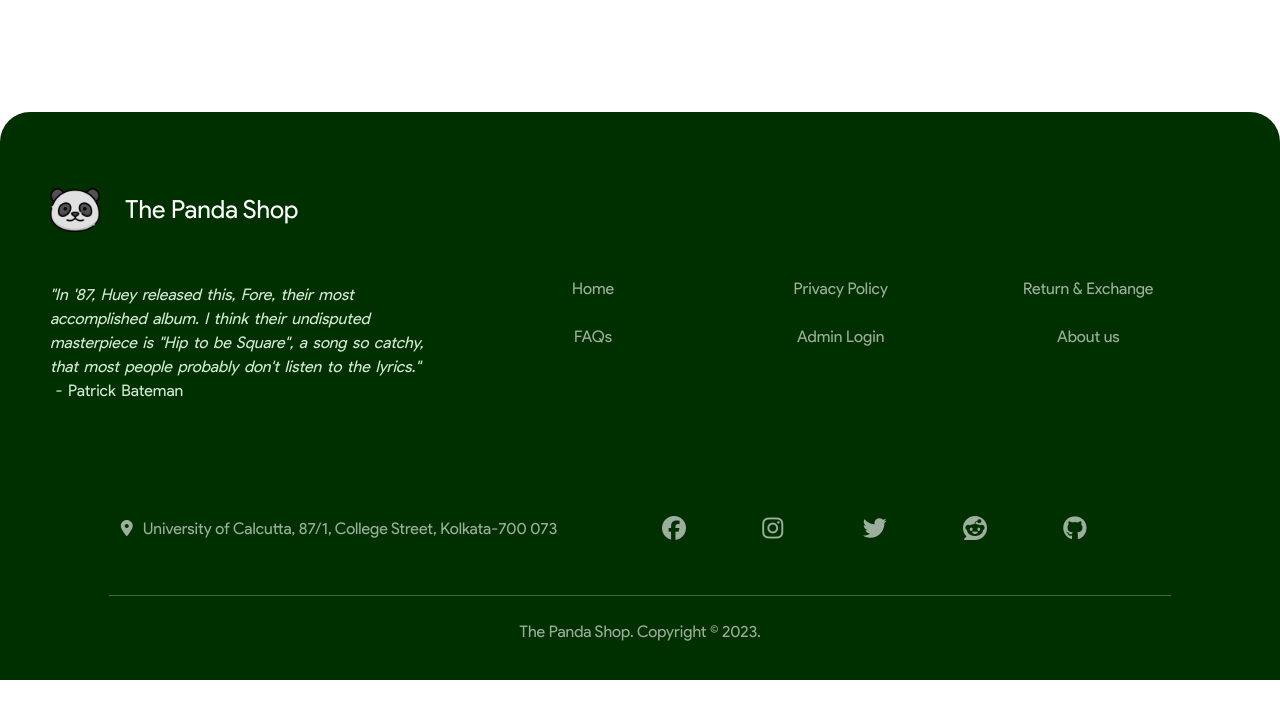
Repository: Anindyait/Panda-web-project
Page: Project1/src/main/webapp/footer.html
An editor plug-in stored every save of this project. The page is shown before and after the next save, followed by the edit.
The browser window is 1280 px wide. The pictures show the whole page.
Some web fonts or font styles are not loaded; a fallback is used. Some web libraries are served in a nearby version.

Above is the page before, as saved 2022-12-29 07:02:58.

### Project1/src/main/webapp/footer.html
<!doctype html>
<html lang="en">
<head>
    <meta charset="ISO-8859-1">
    <script src="https://code.jquery.com/jquery-3.3.1.js"
			integrity="sha256-2Kok7MbOyxpgUVvAk/HJ2jigOSYS2auK4Pfzbm7uH60="
			crossorigin="anonymous">
	</script>

	<script>
		$(document).on("scroll", function() {
			var pageTop = $(document).scrollTop();
			var pageBottom = pageTop + $(window).height();
			var tags = $(".tag");

			for (var i = 0; i < tags.length; i++) {
			  var tag = tags[i];
			  if ($(tag).position().top < pageBottom) {
				$(tag).addClass("visible");
			  } else {
				$(tag).removeClass("visible");
			  }
			}
		  });
	</script>
	    <script src="https://kit.fontawesome.com/13deb536c6.js" crossorigin="anonymous"></script>


    <link href="https://fonts.googleapis.com/icon?family=Material+Icons" rel="stylesheet">


	<meta name="viewport" content="width=device-width, initial-scale=1">
    <title>Footer</title>
    <link rel="icon" href="Pics/panda.png">

    <link href="https://cdn.jsdelivr.net/npm/bootstrap@5.2.3/dist/css/bootstrap.min.css" rel="stylesheet" integrity="sha384-rbsA2VBKQhggwzxH7pPCaAqO46MgnOM80zW1RWuH61DGLwZJEdK2Kadq2F9CUG65" crossorigin="anonymous">
    <link rel="stylesheet" href="Bootstrap/CSS/style1.css">

</head>
<body>



    <script src="https://cdn.jsdelivr.net/npm/bootstrap@5.2.3/dist/js/bootstrap.bundle.min.js" integrity="sha384-kenU1KFdBIe4zVF0s0G1M5b4hcpxyD9F7jL+jjXkk+Q2h455rYXK/7HAuoJl+0I4" crossorigin="anonymous"></script>
    <div class="font">
		<div class="container-fluid">
		<div class="header-adjustment"></div>

                    <div class = "bottom">
                        <br>
                        <br>
                        <div class="row">
                            <div class="col-sm-4">
                                <div class="row justify-content-start" style="width:340px;">
                                    <div class="col-sm-3 align-self-center">
                                        <img src="Pics/panda.png" width="50px">
                                    </div>
                                    <div class="col align-self-center">
                                        <div class="footer-title">The Panda Shop</div>
                                    </div>
                                </div>
                                <br>
                                <br>
                                <div class="footer-quote">
                                    <p><i>"In '87, Huey released this, Fore, their most accomplished album. I think their undisputed masterpiece is "Hip to be Square", a song so catchy, that most people probably don't listen to the lyrics."</i><br>&nbsp- Patrick Bateman</p>
                                </div>
                            </div>
							<br>
                                    <br>
                            <div class="col text-center">
                                <div class="footer-link-container">
                                <br>
                                <br>
                                <br>
                                    <div class="row">

                                            <div class="col">
                                                <a class="footer-link" href="#">Home</a>
                                            </div>
                                            <div class="col">
                                                <a class="footer-link" href="#">Privacy Policy</a>
                                            </div>
                                            <div class="col">
                                                <a class="footer-link" href="#">Return & Exchange</a>
                                            </div>
                                        </div>
                                        <br>
                                        <div class="row">

                                            <div class="col">
                                                <a class="footer-link" href="#">FAQs</a>
                                            </div>
                                            <div class="col">
                                                <a class="footer-link" href="#">Admin Login</a>
                                            </div>
                                            <div class="col">
                                                <a class="footer-link" href="#">About us</a>
                                            </div>
                                        </div>
                                    </div>

                                </div>
                            </div>
                            <br>
                            <br>
                            <div class="reach">
                                <div class="row">
                                    <div class="col-6 text-center">
                                        <a href="https://goo.gl/maps/UU8aR5CVvAbPPu5x6" target="_blank" class="footer-link">
                                            <i class="fa-solid fa-location-dot" ></i>

                                            &nbsp;&nbsp;University of Calcutta, 87/1, College Street, Kolkata-700 073
                                        </a>
                                    </div>


                                    <div class="col-1">
                                        <a href="https://www.facebook.com/bruhkolkata" class="footer-link" target="_blank">
                                            <i class="fa-brands fa-facebook fa-xl social" target="_blank"></i>
                                        </a>
                                    </div>
                                    <div class="col-1">
                                        <a href="https://www.instagram.com/fresh.cu.sh1tposting/" class="footer-link" target="_blank">
                                            <i class="fa-brands fa-instagram fa-xl social"></i>
                                        </a>
                                    </div>
                                    <div class="col-1">

                                        <a href="https://twitter.com/panda" class="footer-link" target="_blank">
                                            <i class="fa-brands fa-twitter fa-xl social"></i>
                                        </a>
                                    </div>
                                    <div class="col-1">

                                        <a href="https://www.reddit.com/r/CalcuttaUniversity/" class="footer-link" target="_blank">
                                            <i class="fa-brands fa-reddit fa-xl social"></i>
                                        </a>
                                    </div>
                                    <div class="col-1">

                                        <a href="https://github.com/Anindyait/Panda-web-project" class="footer-link" target="_blank">
                                            <i class="fa-brands fa-github fa-xl social"></i>
                                        </a>


                                    </div>
                                </div>

                            </div>
                            <br>
                            <hr style="background-color:rgb(255, 255, 255); width:90%;margin: 0 auto">
                            <br>
                            <p style="text-align: center; opacity:60%;">The Panda Shop. Copyright &copy; 2023.</p>
                        </div>
                    </div>

                </div>

</body>
</html>

### Project1/src/main/webapp/Bootstrap/CSS/style1.css
@import url('https://fonts.cdnfonts.com/css/product-sans');

@font-face {
    font-family: 'Product';
    font-style: normal;
    font-weight: 400;
    src: local('Product Sans'), url('ProductSans-Regular.woff') format('woff');
    }

	@font-face {
		font-family: 'Open Sans Regular';
		font-style: normal;
		font-weight: normal;
		src: local('Open Sans Regular'), url('OpenSans-Regular.woff') format('woff');
		}

/* width */
::-webkit-scrollbar {
	width: 10px;

  }

  /* Track */
  ::-webkit-scrollbar-track {
	background: #f1f1f1;
	border-radius: 50px;
  }

  /* Handle */
  ::-webkit-scrollbar-thumb {
	background: rgb(170, 170, 170);
	border-radius:50px;
  }

  /* Handle on hover */
  ::-webkit-scrollbar-thumb:hover {
	background: #555;
  }

td,th{
	/*border: 1px solid black;*/


	padding: 10px 15px 10px;
}

.font{
	font-family:'Product';

}

a:link{
	text-decoration:none;
}
a:hover{
	text-decoration:underline;
}

.brand-name {
	font-size:30px;
	padding:10px 5px 10px 0px;
/*	border:1px solid black;*/
	letter-spacing:1px;
}



.brand-img {
	padding:2px 0px 2px 20px;
	/*border: 1px solid black;*/
}

.nav-part{
	padding:0px 0px 0px 10px;
}


.cardnew {

	width:100%;

	text-anchor: middle;
	padding: 20px;
	background-color: rgb(255, 255, 255);
	box-shadow: 0px 0px 30px rgba(0,0,0,0.15);
	border-radius: 20px;
	transition: 0.1s;
	/*display:inline-flex;*/
}




.fit{
	width:fit-content;
	padding: 37px 0px 27px 0px;
}

	.cardnew:hover {
		box-shadow: 0px 0px 35px rgba(0,0,0,0.2);
		transition:0.1s;
	}
.carousel{
	border-radius: 15px;
	box-shadow: 0px 0px 5px rgba(0, 0, 0, 0.5);

}


.card_text {
	font-family: 'Product Sans';
	text-align: center;
	padding: 15px 5px 15px;
}

.cards_container {
	left:5%;
	right:5%;
	padding:10px 20px 10px 20px;
	background-color:aliceblue;
	border-radius: 10px;
}

.card_fairing {
	position:center;
	padding: 10px 0px 10px 10px;
	display: inline-table;
	text-align: center;
	width: 300px;
	text-anchor: middle;
	/*border: 1px dashed black;*/

}



.Title{
	font-size:30px;
}

.Price{
	font-size:35px;
	color:forestgreen;
	padding:10px;
}

.Description{
	padding:15px;
	font-size:16px;
	/*color:rgba(0,0,0,0.5);*/
}
.text{
	padding:2px 10px 10px 0px;
	font-size:30px;
	padding-left: 25px;
}

.Buy{
	padding:15px 30px 15px 30px;
	border-radius:30px;
	letter-spacing:2px;
	border-color:darkorange;
	color:white;
	font-size:20px;
}
.AddtoCart {
	padding: 15px 30px 15px 30px;
	border-radius: 30px;
	letter-spacing: 0px;
	font-size: 20px;
}

.button-grid{
	text-align:center;
	padding:20px 0px 0px 0px;
}

.desc{
	height:270px;
}

.round{
	border-radius:15px;
}

.nav-link1 {
	padding: 3px 7px 3px 7px;
	letter-spacing: 1px;
	border-radius: 10px;
	text-align: center;
}
	.nav-link1:hover {

		padding: 3px 7px 3px 10px;
		text-decoration:none;
		border-radius: 15px;
		box-shadow: 0px 0px 2px rgba(0,0,0,0.4);
		/*border: 1px solid rgba(0,0,0,0.4);*/
		transition:0.2s;

	}

	.nav-item{
		padding:5px 5px 5px 5px;
	}
.menu-button-padding{
	padding: 0px 10px 0px 0px;
}

.login-button{
	border:0px;
	border-radius: 30px;
	background-color: #48a348;

}

.login-button:hover{
	background-color: #56c356;
}
.login-button:not(:disabled):not(.disabled):active, .login-button:not(:disabled):not(.disabled).active,
.show > .login-button.dropdown-toggle {
  color: #fff;
  background-color: #48a348;
}
.navbar-toggler{
	border-radius: 30px;
}

.header{
	border-radius: 0px 0px 30px 30px;
	/* border:2px solid rgba(0,0,0,0.4);*/
	box-shadow: 0px 0px 10px rgba(0,0,0,0.2);
	position:fixed;
	z-index: 10;
	left:1px;
	right:1px;
	height: 5.6rem;
}
.navbar{
	background-color:#ebfceb;
	opacity:95%;
}
.nav-part{
	background-color:#ebfceb;
	border-radius: 0px 0px 30px 30px;

}

.dropdown1 {
	position: relative;
	display: inline-block;
  }

  .dropdown-menu{
	padding: 10px;
	box-shadow: 0px 0px 10px rgba(0,0,0,0.2);

  }

  .dropdown-item{
	border-radius: 20px;
	padding: 10px 20px 10px 20px;
	text-decoration: none;
  }

  .dropdown-item:hover{
	text-decoration: none;
	background-color: #ebfceb;
	transition: 0.5s;
  }

  .dropdown-item:active{
	background-color: #519451;
	transition: 0.5s;
  }

.dropdown-content {

	visibility: hidden;
	position: absolute;
	margin-left: -10px;
	padding: 20px;
	background-color: #f1f1f1;
	width: 200px;
	box-shadow: 0px 8px 16px 0px rgba(0,0,0,0.2);
	z-index: 100;
  }

  .dropdown1:hover .dropdown-content
  {
  visibility: visible;
  transition: 1s;
  }

.header-adjustment{
	padding-bottom: 7rem;
}

.img-size{

	width: 100px;
}

.list-title{
	padding:25px 0px 10px 0px;
	width: 100%;

	overflow: hidden;
	font-size: 1.4rem;
	/* border: 1px solid black; */
}
.card-text{
	color: black;
	font-size: 16px;
}

.list-price{

	font-size: 1.4rem;
	opacity: 65%;
	font-weight: bold;
	letter-spacing: 0px;
	color:rgb(2, 95, 19);
	padding: 10px 0px 5px 5px;
}

.list-padding{
	padding: 0px 10px 30px 10px;
}

.card-holder{
	width: 95%;
	background-color: aliceblue;
	margin:0 auto;
	padding: 20px 10px 20px 10px;
	border-radius: 30px;
}

.product{
	width:300px;
	margin: 0 auto;
	padding: 20px;
	background-color: rgb(255, 255, 255);
	box-shadow: 0px 0px 5px rgba(0,0,0,0.1);
	border-radius: 20px;
	transition: 0.1s;
	/*display:inline-flex;*/

}
.product:hover{

	box-shadow: 0px 0px 10px rgba(0,0,0,0.1);
	background-color: #fdfefd;
}

.right-icons{

	opacity: 100%;
	z-index: 150;
	position: fixed;
	right:0px;
	top: 27px;
	padding-right: 20px;
}

.modal-backdrop{
	z-index: 100;
	background-color: #ffffff;

}

.right-cons{
	padding: 0px 10px 0px 10px;
	color: #000000;
	opacity: 70%;
}

.right-cons:hover{
	opacity: 100%;
	transition: 0.5s;
}

.search{
	box-shadow: 0px 0px 5px rgba(0,0,0,0.2);
	padding: 20px;
	border-radius: 50px;
}

.search-textbox{
	position: absolute;
	top: 4.7px;
	left: 0px;
	width: 100%;
	height: 36px;
	border-radius: 40px;
	z-index: -1;
	border: 0px;
	background: #f8fff8;;
	padding: 10px;
	padding-left: 37px;

}

#search {
	display: block;
	background: #dbdbd9;
	width: 40px;
	height: 0px;
	transition:0.5s;
	position: absolute;
	top: 5px;
	right: 150px;
  }
#box:checked + label {
	background: #fffc47;
	color: #666666;
	width:180px;
	transition:0.5s;
	border-radius: 20px;
	height: 0px;
  }

.cart-icon{
	width: 32px;
	margin-top: 2px;
	margin-right: 15px;
}

.profile-icon{
	width: 36px;
	margin-top: 3px;
	margin-right: 10px;

}

.right-links{

	color: black;
}


.modal{
	z-index: 10000;
}

.popup{
	width: 100%;
	padding: 10px;
}

.size-selector-container{

	/* text-align: center; */
	padding-top: 2px;
	padding-bottom: 10px;
}


.size-selector{
	font-size: 18px;
	border-radius: 100px;
	padding: 7px 1px;
	margin: 5px;
	width: 60px;
}
.btn-check{
	padding: 20px;
}


@media only screen and (max-width: 992px) {
	.brand-name {
	  display: none;
	}

	.right-icons{
		right: 50px;
		top:30px;


	}
	#box:checked + label {
		background: #fffc47;
		color: #666666;
		width:170px;
		transition:0.5s;
		border-radius: 20px;
		height: 0px;
	  }

  }

  .form-control{

	border-radius: 22px;
	/* width: 500px; */

  }

  .form-select{
	border-radius: 20px;
	height: 50px;
  }

  .form-label{
	margin-left: 10px;
  }

  .form-holder{
	padding: 45px 40px 20px 40px;
	margin-bottom: 500px;
	margin: 0px auto;
	width: 80%;
	border-radius: 30px;
	border: 0px solid black;
	box-shadow: 0px 0px 5px rgba(0,0,0,0.2);
  }

  .form-holder:hover{
	box-shadow: 0px 0px 5px rgba(0,0,0,0.4);
  }
.input-row{
	padding-top: 15px;
	padding-bottom: 20px;
}

.invalid-feedback{
	padding-left: 10px;
	padding-top: 5px;
}

.valid-feedback{
	padding-left: 10px;
	padding-top: 5px;
}

.form-submit{
	font-size: 18px;
	letter-spacing: 1px;
	padding: 15px 20px 15px 20px;
	border-radius: 30px;
	width: 200px;
}

.server-side-check{
	color: rgb(254, 83, 83);
	padding-left: 15px;
	padding-top: 5px;
	font-size: 15px;
}

.signed-in-bg{
	text-align: center;
	padding: 60px 30px 50px 30px;
	width:50%;
	margin: 3% auto;
	border-radius: 30px;
	border: 0px solid rgba(0, 0, 0, 0.204);
	box-shadow: 0px 0px 8px rgba(0,0,0,0.2);
	transition: 0.3s;
}

.signed-in-bg:hover{
	box-shadow: 0px 0px 20px rgba(0,0,0,0.2);
	transition: 0.3s;
}

.login-bg{
	text-align: center;
	padding: 40px 30px 50px 30px;
	width:fit-content;
	margin: 3% auto;
	border-radius: 30px;
	border: 0px solid rgba(0, 0, 0, 0.204);
	box-shadow: 0px 0px 8px rgba(0,0,0,0.2);
	transition: 0.3s;
	animation: fadeUp 1s;


}
.login-bg:hover{
	box-shadow: 0px 0px 20px rgba(0,0,0,0.2);
	transition: 0.3s;

}

.login{
	width: 400px;
}

.side-img{
	margin-top: 10px;
	margin-bottom: 10px;
	display: block;
	margin-left: auto;
	margin-right: auto;
	border-radius: 30px;
	max-width: 700px;
	min-width: 9%;

}
@media only screen and (max-width: 850px) {
	.side-img{
		margin-top: 10px;
		margin-bottom: 10px;
		display: block;
		margin-left: auto;
		margin-right: auto;
		border-radius: 30px;
		width:420px;


	}
}

.about-head{
	margin: 0 auto;
	box-shadow: 0px 0px 8px rgba(0,0,0,0.2);
	padding: 20px;
	border-radius: 30px;
	background-color: #ebfceb;
	animation: fadeUp 1s;
}

.about-head:hover{
	box-shadow: 0px 0px 12px rgba(0,0,0,0.2);

}

.about-head2{
	margin: 0 auto;
	box-shadow: 0px 0px 8px rgba(0,0,0,0.2);
	padding: 20px;
	border-radius: 30px;
	background-color: #f0faf0;
}

.about-text{

	padding: 30px;
}

.about h1{
	font-size: 80px;
	text-transform: capitalize;
	margin-bottom: 20px;
	text-align: center;
	color: rgb(60, 70, 35);
}

.about p{
	color: rgba(60, 70, 35, 0.778);
	font-size: 20px;
}

.about h2{
	font-size: 60px;
	text-align:center;
	margin-bottom: 20px;
	margin-top: 50px;
}

.about button{
	margin-top: 20px;
	padding: 5px 50px 5px 50px;
	background: #daf5da;
	color: rgb(60, 70, 35);
	border: 1px solid rgba(0, 0, 0, 0.415);
	border-radius: 20px;
}

.about-title{
	font-size: 30px;
	text-transform: capitalize;
}

.dev-bg{
	text-align: center;
	padding: 30px 30px 30px 30px;
	width:fit-content;
	width:350px;
	margin: 3% auto;
	border-radius: 30px;

	box-shadow: 0px 0px 8px rgba(0,0,0,0.2);
	transition: 0.3s;

}

.dev-bg:hover{
	box-shadow: 0px 0px 15px rgba(0,0,0,0.2);

}

.dev-bg img{
	border-radius: 100px;
	box-shadow: 0px 0px 5px rgba(0,0,0,0.4);


}

.profile-heading{
	font-size: 90px;
	animation: fadeIn 1s;
	text-align: center;
}

/*Sick CSS Animations*/

@keyframes fadeIn {
	0% { opacity: 0;}
	100% { opacity: 1;}
  }

  @keyframes fadeUp {
	0% { opacity: 0;
		transform: translate(0, 10vh);}
	100% { opacity: 1;
		transform: translate(0, 0); }
  }

  .tag {
	opacity: 0;
	transform: translate(0, 15vh);
	transition: all 1s;
  }

  .tag.visible {
	opacity: 1;
	transform: translate(0, 0);
  }


/*End of Sick Animations*/

.index-link{
	padding: 8px 25px 8px 25px;
	font-size: 1rem;
	border-radius: 20px;
	margin-left: 5px;
	margin-right: 5px;
	margin-bottom: 7px;
}

.index-link-container{
	padding-bottom: 20px;
	width: 96%;
	margin: 0 auto;
	display:flex;
	overflow-x:scroll;
}

.index-link-container::-webkit-scrollbar{
	display: none;
}

.bamboo{
	background-color: #e0fbe0;
	border: 0px solid #1e981e;
	color:#057e05;
}

.bamboo:hover{
	background-color:#affcaf;
	border: 0px solid #1e981e;

	color:#006300;
}

.bamboo:not(:disabled):not(.disabled):active, .bamboo:not(:disabled):not(.disabled).active,
.show > .bamboo.dropdown-toggle {
  color: rgb(25, 109, 54);
  background-color: #c1fec1;
}

.static-banner{
	width:95%;
	display: block;
	margin-left: auto;
	margin-right: auto;
	margin-top: 20px;
	border-radius: 15px;
	box-shadow: 0px 0px 8px rgba(0,0,0,0.3);
}

.bottom {
	background-color: #003000;
	color: white;
	width: stretch;
	padding: 25px 50px 20px 50px;
	border-radius: 30px 30px 0px 0px;
	position:absolute;
	left:0px;
	right:0px;
}

.footer-title{
	font-size: 25px;
	margin-left: -10px;

}

.footer-link{
	color:rgba(255, 255, 255, 0.611);
	margin-top: 20px;

}

.footer-link:hover{
	color:rgba(255, 255, 255, 0.914);
	text-decoration: none;
	transition: 0.3s;
}

.footer-link-container{
	padding: 20px 30px 20px 30px;
}

.contacts{

	text-align: center;
}
.material-icons{
	margin:0 auto;
	margin-top: 100px;
}

.reach{
	margin-top: auto;
	margin-bottom: auto;
	padding-top: 50px;
	padding-bottom: 30px;
}

.footer-quote{
	opacity:90%;
	padding-top: 0px;
	word-spacing: 2px;
	color:#ebfceb;
}

.social{
	padding: 10px;
	transition: 0.5s;
}

.social:hover{
	opacity: 100%;
	transition: 0.5s;
}

.vertical-center{
	margin-top: auto;
	margin-bottom: auto;
	margin: 0 auto;
}

.list-img{
	width: 240px;
}



.product-link{
	text-decoration: none;
	font-size :1rem;
	color: #000000;
}


.product-link:hover{
	text-decoration: none;
    color: #1b561b;
}

.product-thumbnail{
	display: block;
	margin: 0 auto;
	float: none;
}


.rupees{
	font-size: 1.5rem;
	padding-right: 3px;
}

After the next save:
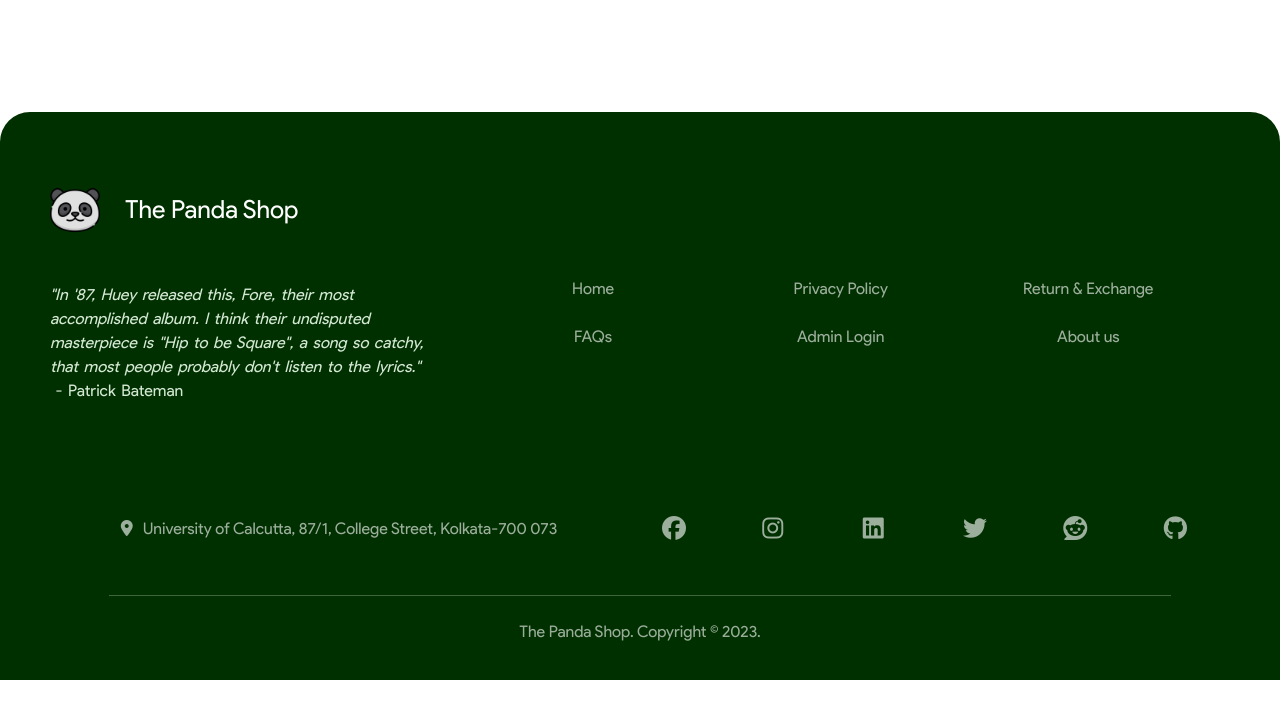
Saved 10 min 4 s later.
--- a/Project1/src/main/webapp/footer.html
+++ b/Project1/src/main/webapp/footer.html
@@ -26,7 +26,6 @@
 	    <script src="https://kit.fontawesome.com/13deb536c6.js" crossorigin="anonymous"></script>
 
 
-    <link href="https://fonts.googleapis.com/icon?family=Material+Icons" rel="stylesheet">
 
 
 	<meta name="viewport" content="width=device-width, initial-scale=1">
@@ -51,7 +50,7 @@
                         <br>
                         <div class="row">
                             <div class="col-sm-4">
-                                <div class="row justify-content-start" style="width:340px;">
+                                <div class="row justify-content-center" style="width:340px;">
                                     <div class="col-sm-3 align-self-center">
                                         <img src="Pics/panda.png" width="50px">
                                     </div>
@@ -78,23 +77,23 @@
                                                 <a class="footer-link" href="#">Home</a>
                                             </div>
                                             <div class="col">
-                                                <a class="footer-link" href="#">Privacy Policy</a>
+                                                <a class="footer-link" href="privacy.html">Privacy Policy</a>
                                             </div>
                                             <div class="col">
-                                                <a class="footer-link" href="#">Return & Exchange</a>
+                                                <a class="footer-link" href="returnExchange.html">Return & Exchange</a>
                                             </div>
                                         </div>
                                         <br>
                                         <div class="row">
 
                                             <div class="col">
-                                                <a class="footer-link" href="#">FAQs</a>
+                                                <a class="footer-link" href="FAQ.html">FAQs</a>
                                             </div>
                                             <div class="col">
                                                 <a class="footer-link" href="#">Admin Login</a>
                                             </div>
                                             <div class="col">
-                                                <a class="footer-link" href="#">About us</a>
+                                                <a class="footer-link" href="aboutUs.html">About us</a>
                                             </div>
                                         </div>
                                     </div>
@@ -122,6 +121,11 @@
                                     <div class="col-1">
                                         <a href="https://www.instagram.com/fresh.cu.sh1tposting/" class="footer-link" target="_blank">
                                             <i class="fa-brands fa-instagram fa-xl social"></i>
+                                        </a>
+                                    </div>
+                                     <div class="col-1">
+                                        <a href="https://www.linkedin.com/in/hire-giri-3881a9138" class="footer-link" target="_blank">
+                                            <i class="fa-brands fa-linkedin fa-xl social"></i>
                                         </a>
                                     </div>
                                     <div class="col-1">
